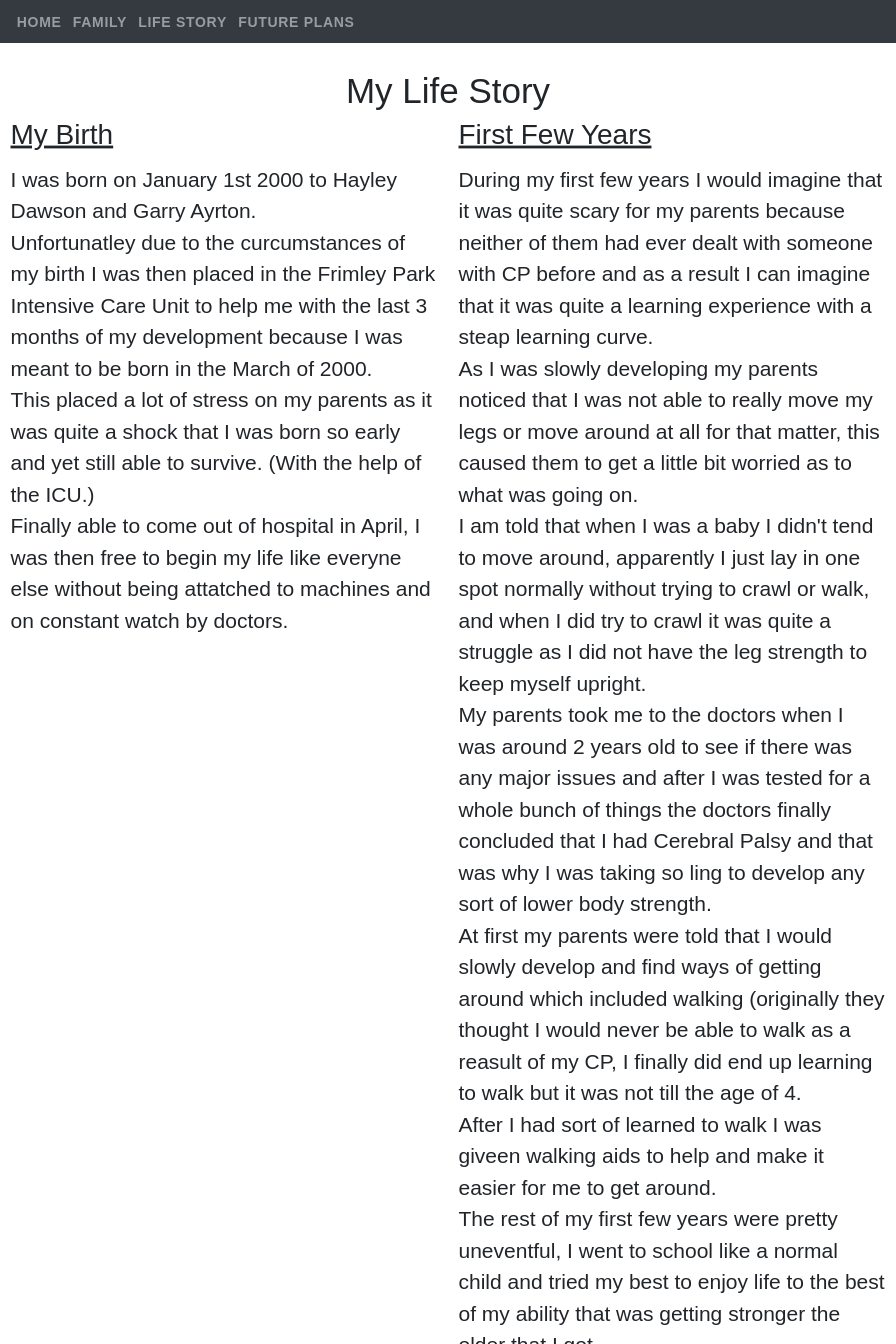
Repository: Code-Institute-Submissions/user-centric-frontend-dev-milestone-project
Page: story.html
The author's editor kept a record of every edit. The page is drawn from the files as they stood at one moment, then again after the next edit.
The browser window is 1280 px wide. The pictures show the part of the page from y = 0 to 1920 px (the page is 5471 px tall before and 5156 px after), at 70% of full size.
Some web fonts or font styles are not loaded; a fallback is used.

Above is the page before.

After the next edit:
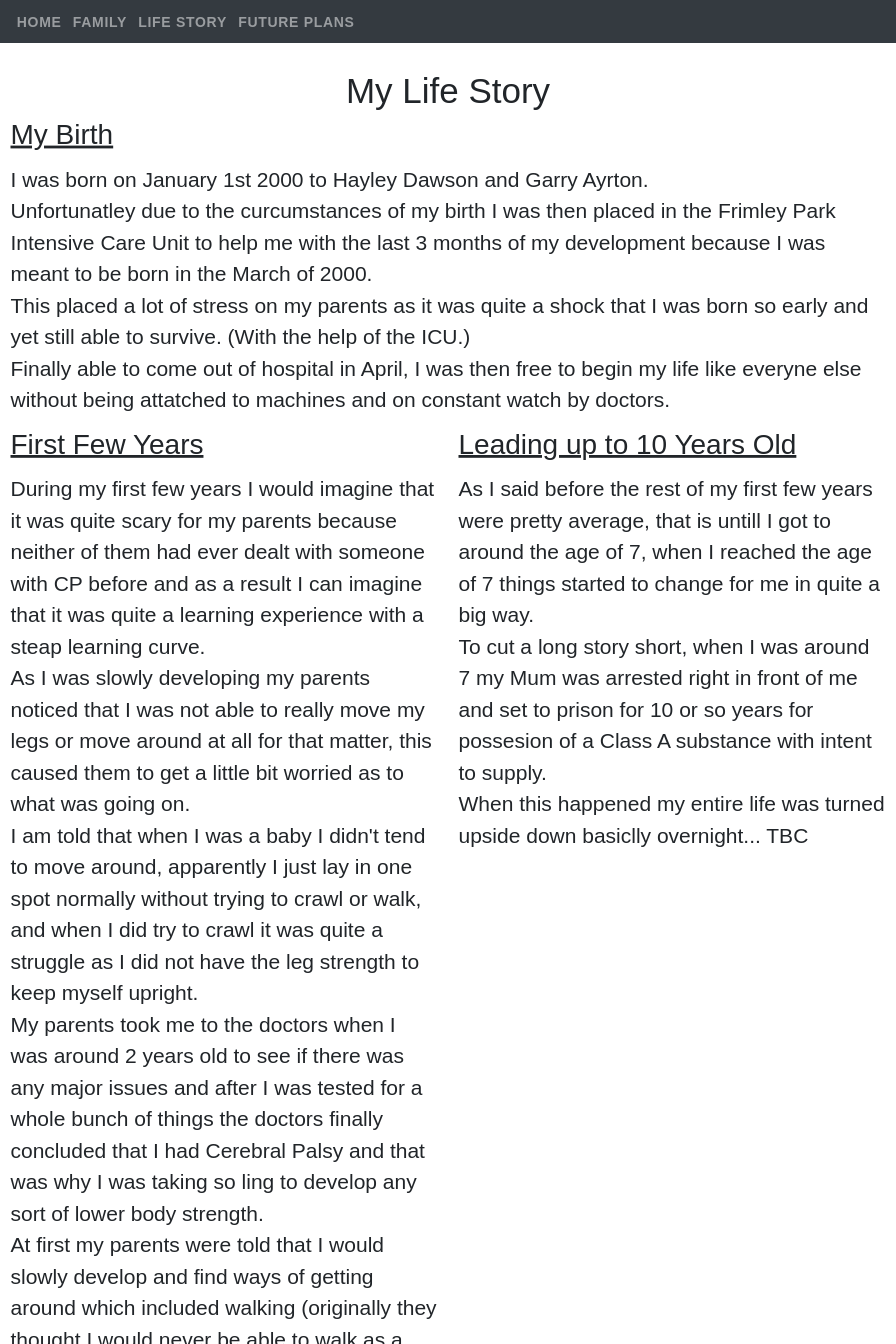
The edit:
--- a/story.html
+++ b/story.html
@@ -45,7 +45,7 @@
                     </div>
                 </div>
                 <div class="row">
-                    <div class="col-lg-6">
+                    <div class="col-12">
                         <h3 class="birth-subheading">My Birth</h3>
                         <p class="story-paragraphs">
                             I was born on January 1st 2000 to Hayley Dawson and Garry Ayrton.<br> Unfortunatley due to the curcumstances of my birth I was then placed in the Frimley Park Intensive Care Unit to help me with the last 3 months of my development
